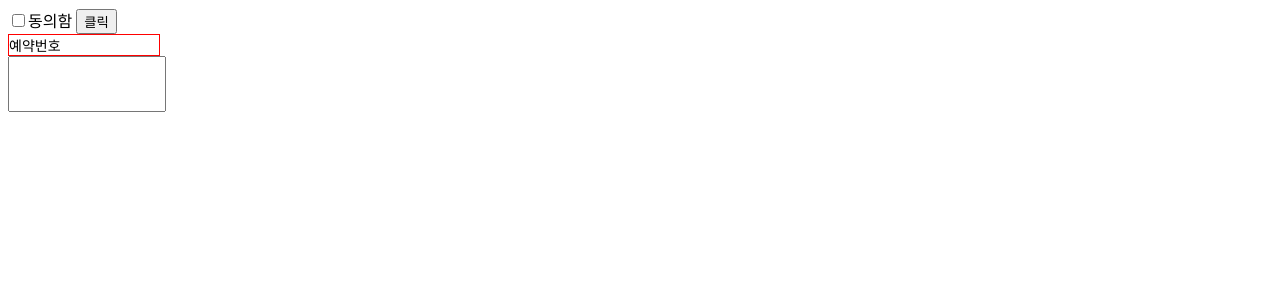
Repository: mekeyace/portfolio
Page: http://localhost/web/check.jsp
These files come from the project's save history. The page is drawn as it stood at one moment and after the next save; the edit follows.
The browser window is 1280 px wide. The pictures show the whole page.
The page is served by Tomcat 9. Other server files are loaded and not shown.

Above is the page before, as saved 2023-06-22 02:17:52.

### maven/web/src/main/webapp/check.jsp
<%@ page language="java" contentType="text/html; charset=UTF-8"
    pageEncoding="UTF-8"%>
<!DOCTYPE html>
<html>
<head>
<meta charset="UTF-8">
<meta name="viewport" content="width=device-width, initial-scale=1" />
<title>Insert title here</title>
</head>
<body>
<!-- 체크박스1 : 체크시 : Y 미체크시 : N -->
<form id="frm" method="post" action="./checkok.do">
<input type="hidden" name="cks" value="N">
<input type="checkbox" id="agree">동의함
<input type="button" value="클릭" onclick="abc()">

<div style="font-size:14px; width:150px; border:1px solid red;">예약번호</div>
<input type="text" style="width:150px; height:50px;">
<br>
</form>
<!-- 체크박스2 : 체크시 : Y 미체크시 : null -->
</body>
<script>
function abc(){
	frm.submit();
}
</script>
</html>

After the next save:
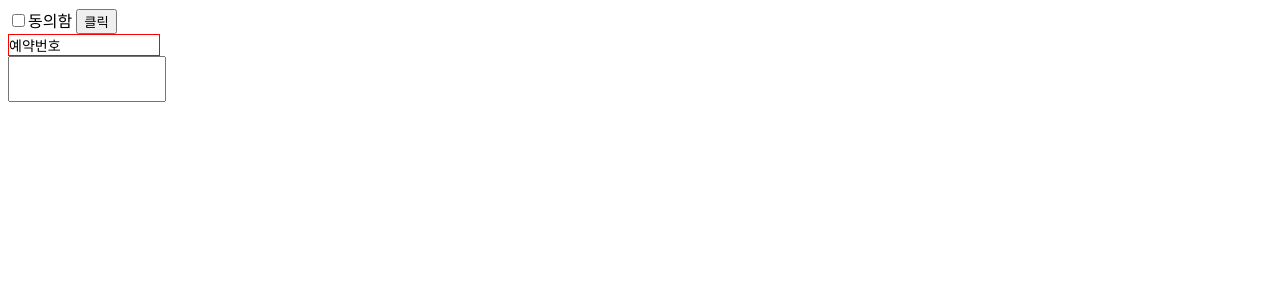
Saved 50 s later.
--- a/maven/web/src/main/webapp/check.jsp
+++ b/maven/web/src/main/webapp/check.jsp
@@ -15,7 +15,7 @@
 <input type="button" value="클릭" onclick="abc()">
 
 <div style="font-size:14px; width:150px; border:1px solid red;">예약번호</div>
-<input type="text" style="width:150px; height:50px;">
+<input type="text" style="width:150px; height:40px;">
 <br>
 </form>
 <!-- 체크박스2 : 체크시 : Y 미체크시 : null -->
